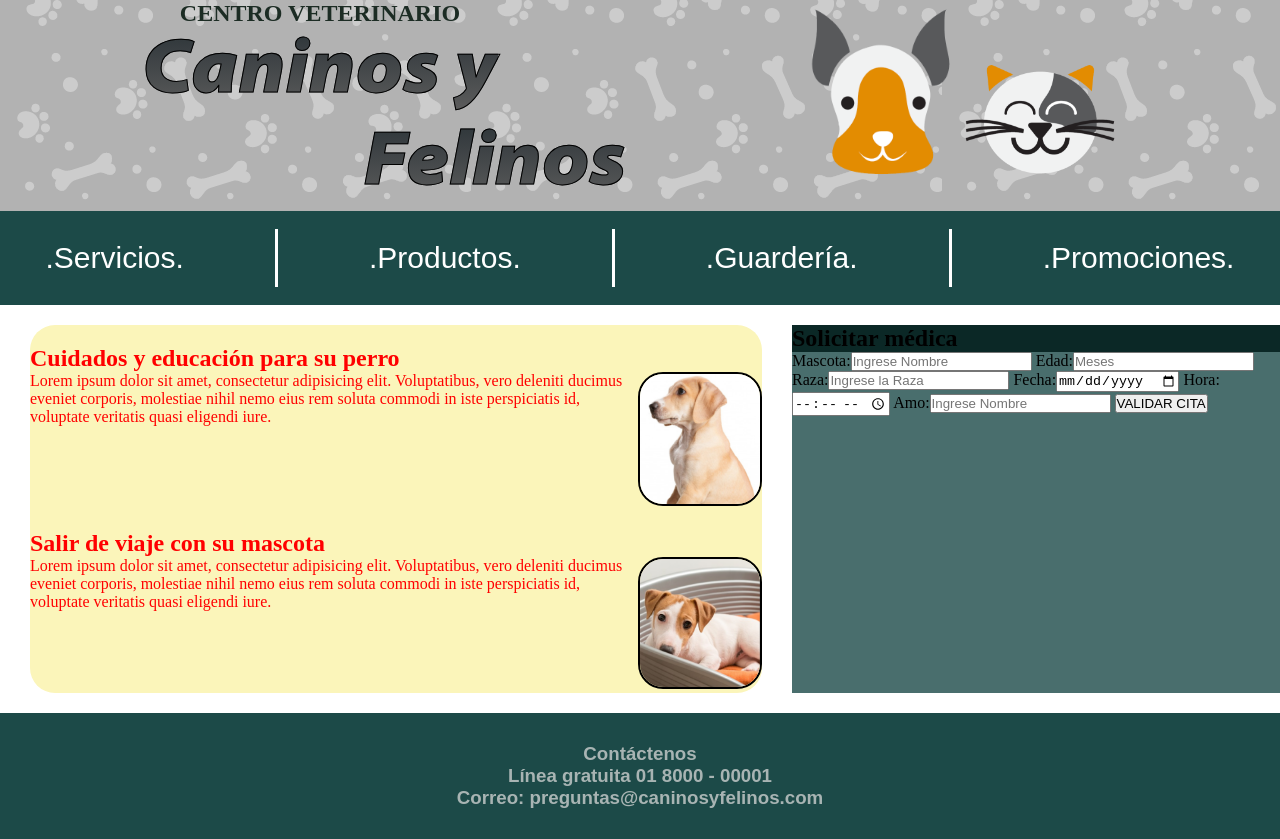
Repository: mariomr87/senaweb01
Page: principal.html
These files come from the project's save history. The page is drawn as it stood at one moment and after the next save; the edit follows.
The browser window is 1280 px wide. The pictures show the whole page.

Above is the page before, as saved 2021-10-23 10:20:18.

After the next save:
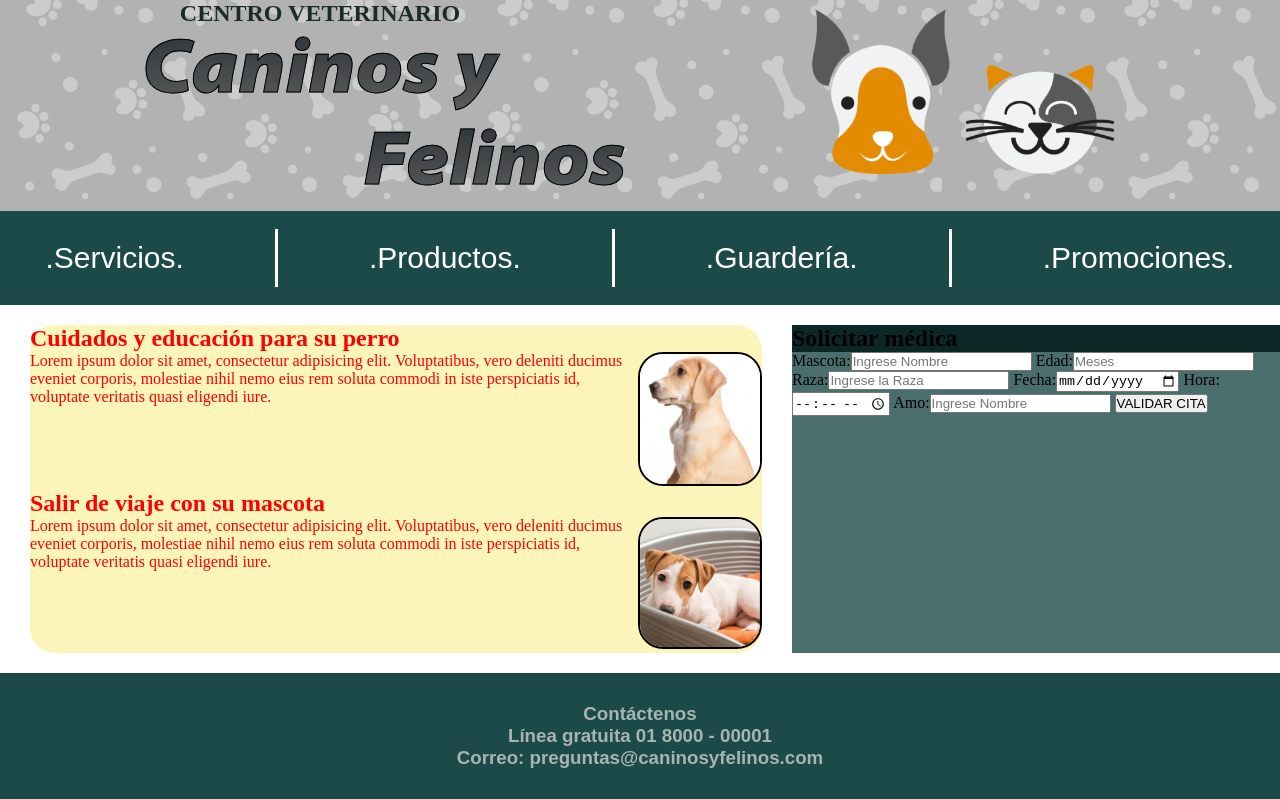
Saved 82 s later.
--- a/estilos.css
+++ b/estilos.css
@@ -79,7 +79,7 @@ nav a{
 }
 
 .noticias{
-    margin-top: 20px;
+
     color: red;
 }
 
